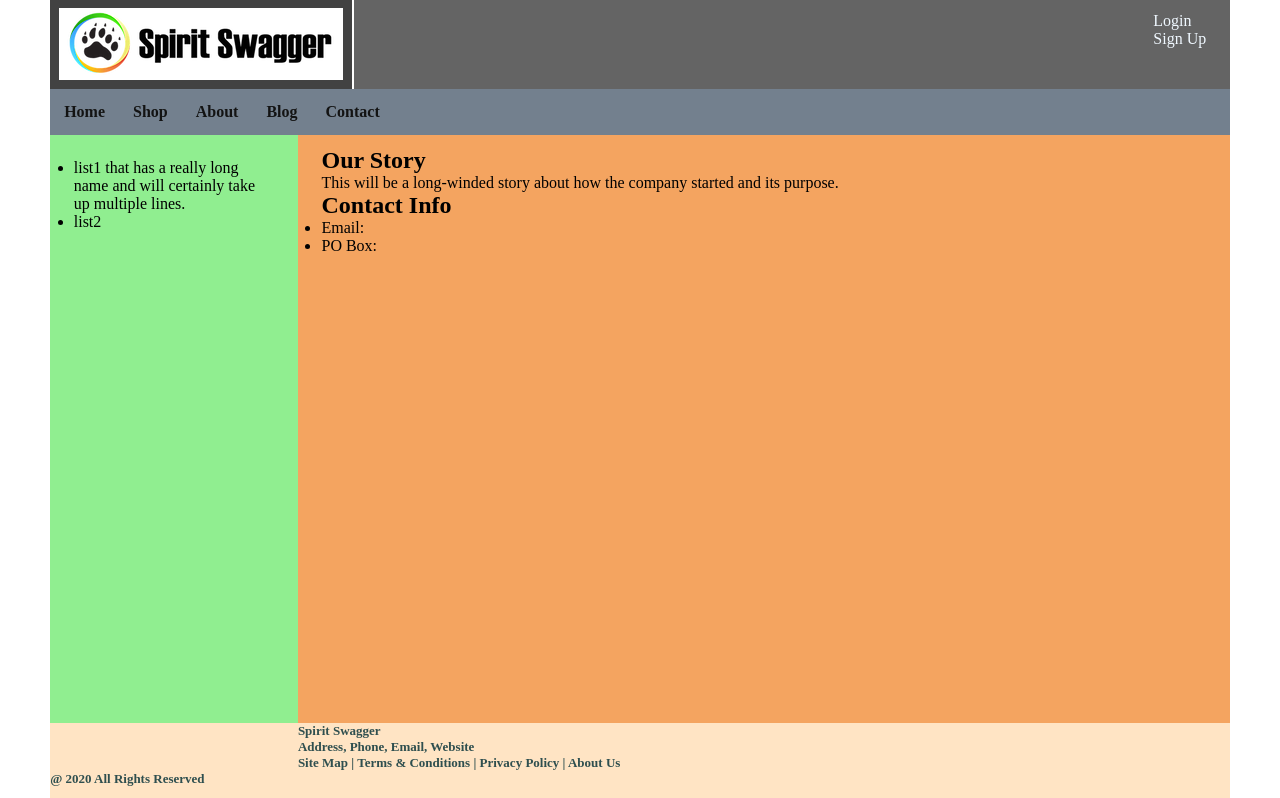
Repository: Kdewitt2/swaggersite
Page: http://localhost/about/
The author's editor kept a copy of each file at every save. The page is drawn from the files as they stood at one save, then again after the next save.
The browser window is 1280 px wide. The pictures show the whole page.
The page is served by the project's application, run on Django 3.2 (manage.py).

Above is the page before, as saved 2020-10-31 10:09:26.

After the next save:
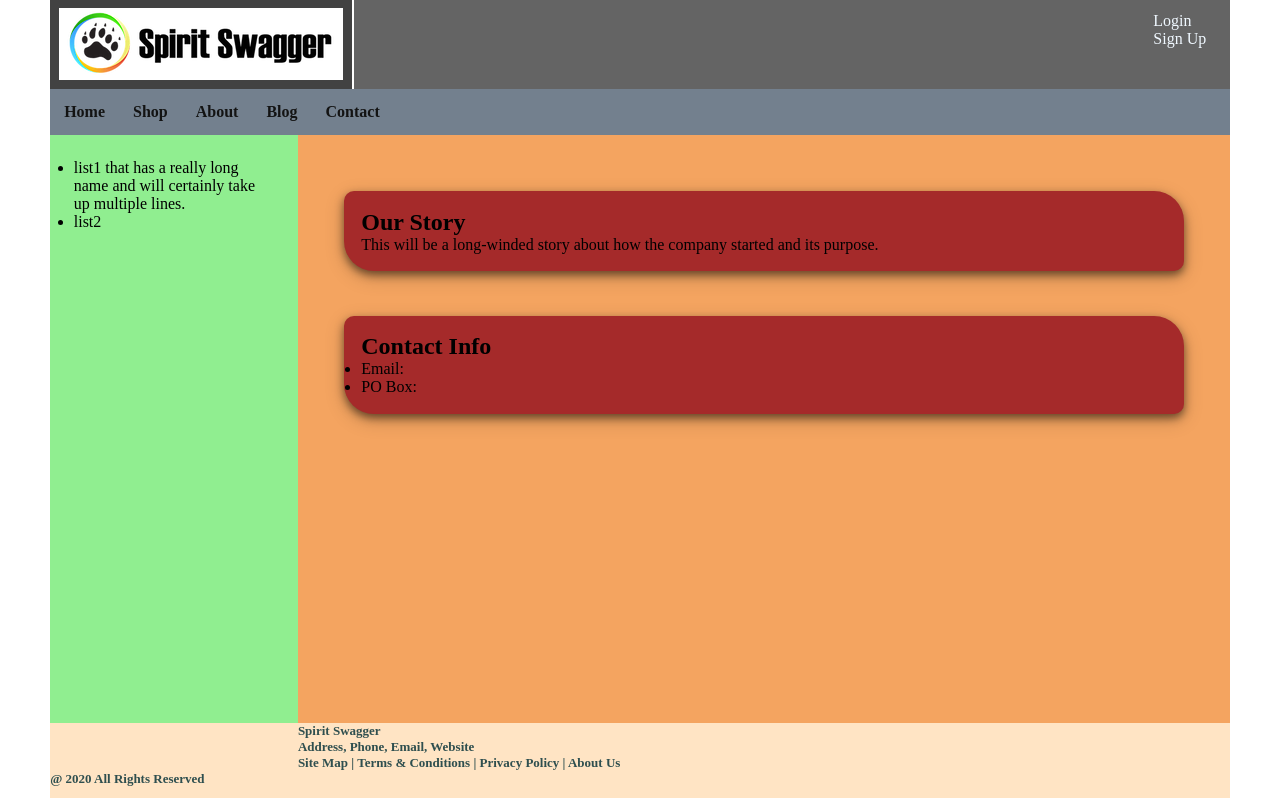
Saved 85 s later.
--- a/about/templates/about/index.html
+++ b/about/templates/about/index.html
@@ -46,7 +46,7 @@
 <!------------------>
 <section>
     <div id="main">
-        <div>
+        <div class="aboutitem">
             <h1>
                 Our Story
             </h1>
@@ -54,7 +54,7 @@
                 This will be a long-winded story about how the company started and its purpose.
             </p>
         </div>
-        <div>
+        <div class="aboutitem">
             <h1>
                 Contact Info
             </h1>
